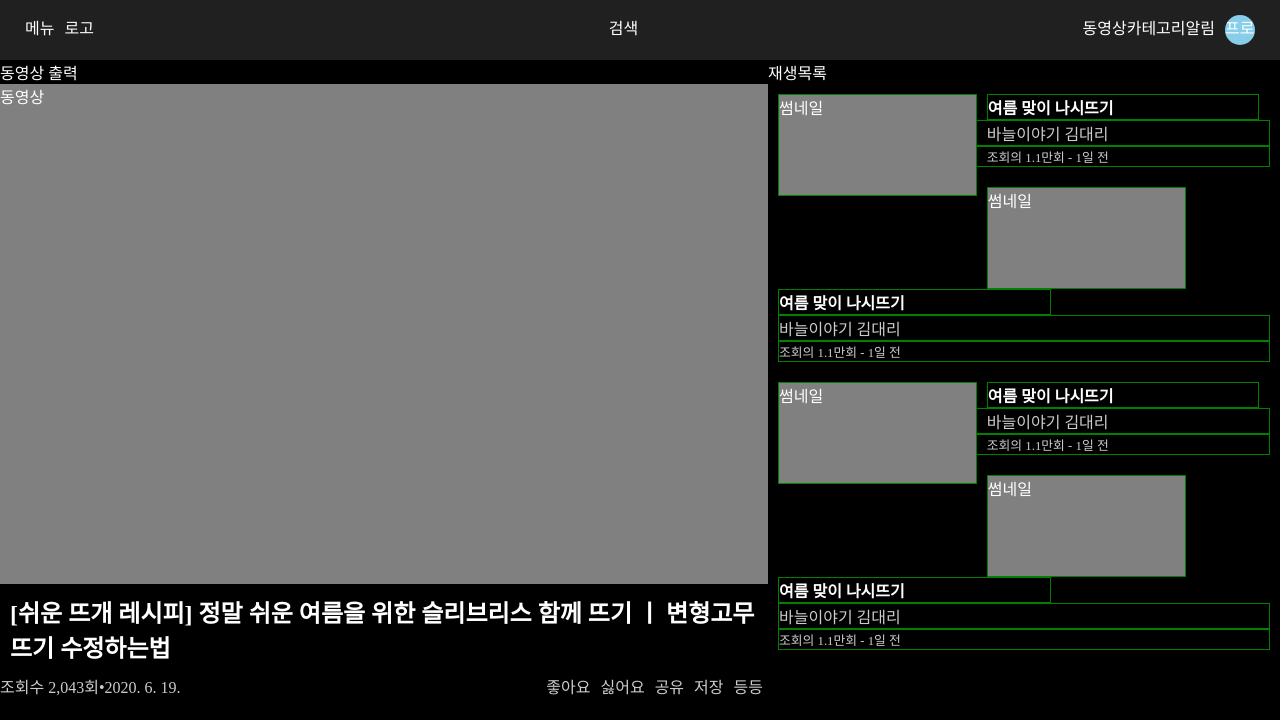
Repository: roseline0912/LikeLion
Page: YouTube_Clone/youtube.html
The author's editor kept a record of every edit. The page is drawn from the files as they stood at one moment, then again after the next edit.
The browser window is 1280 px wide. The pictures show the whole page.
An inner scrolling area shows only its first screen.

Above is the page before.

After the next edit:
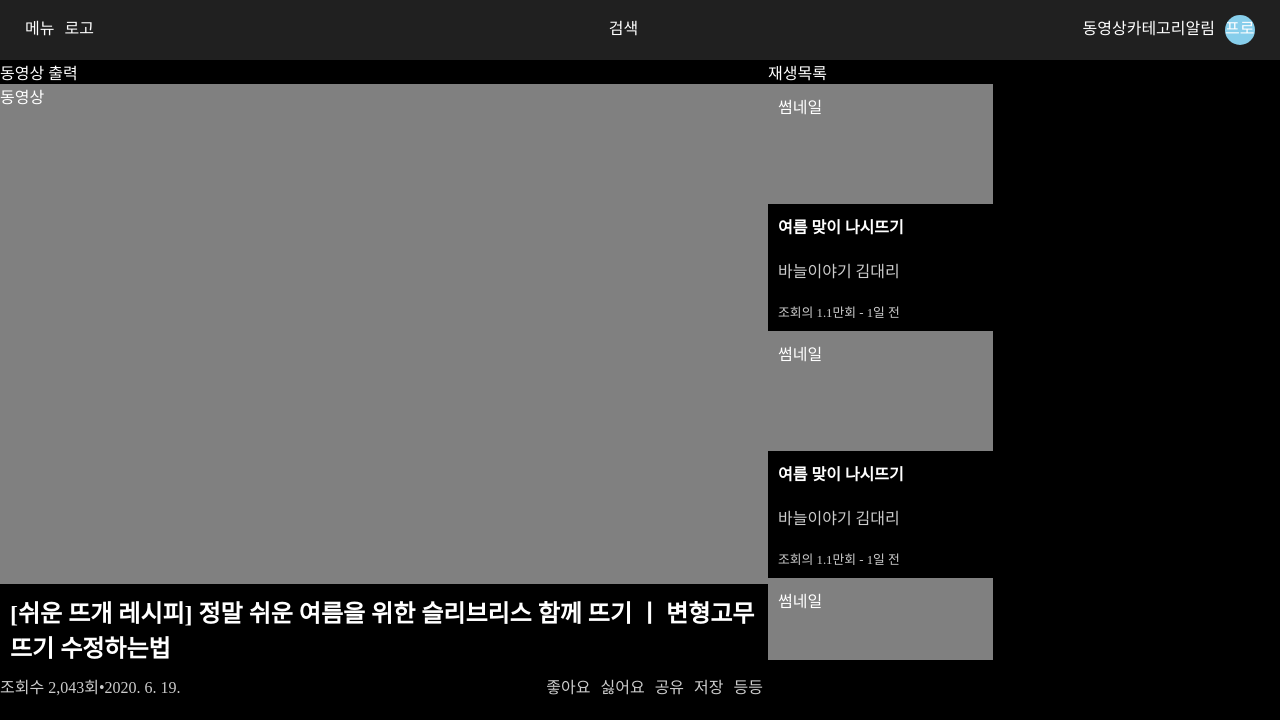
The edit:
--- a/YouTube_Clone/youtube.css
+++ b/YouTube_Clone/youtube.css
@@ -102,9 +102,7 @@
 }
 
 .list-item div {
-    border:green 1px solid;  /*임시 border를 만들어서 보기편하게 해줍니다.*/
-}
-.list-item{
+    /*border:green 1px solid;  /*임시 border를 만들어서 보기편하게 해줍니다.*/
     padding:10px;         /*listing되는 item들은 안쪽으로 여백이 있으니 padding값을 줍니다.*/
 }
 .list-thumbnail{
